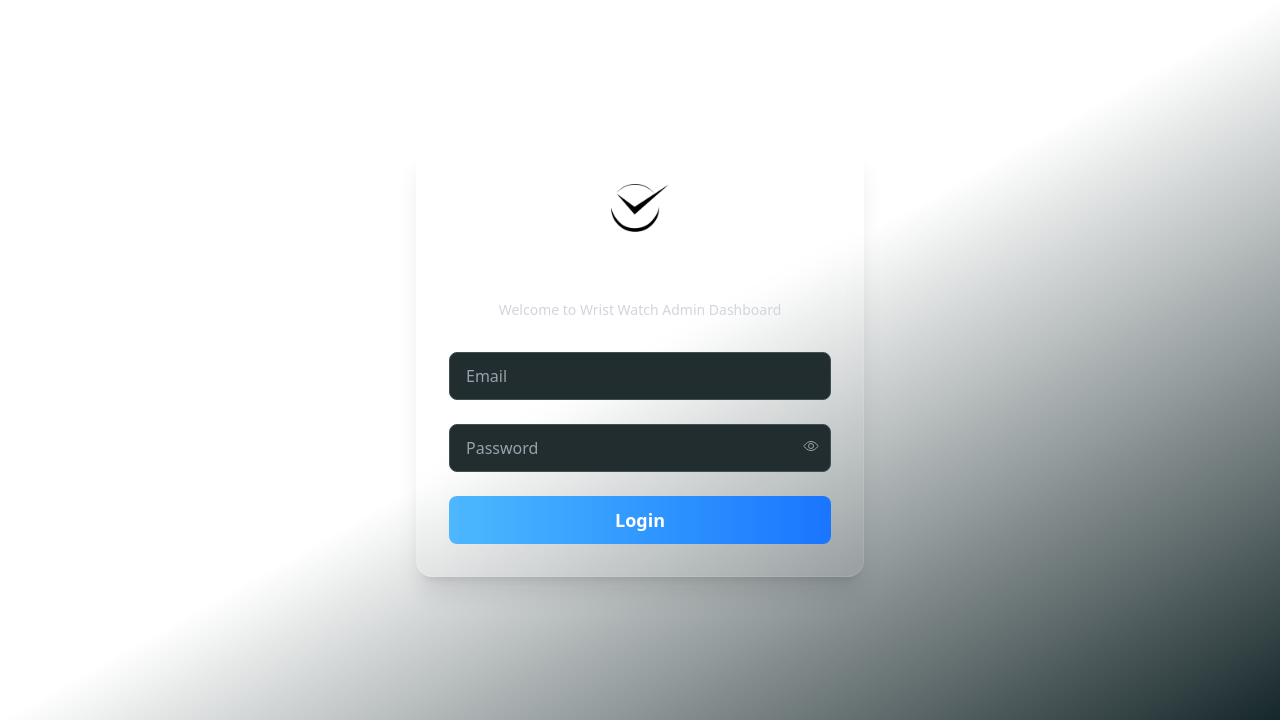
Repository: mansibhanushali/online_watch_ecommerce_mernstack_webapplication
Page: / (app in admin/)
The author's editor kept a copy of each file at every save. The page is drawn from the files as they stood at one save, then again after the next save.
The browser window is 1280 px wide. The pictures show the whole page.
The project was rebuilt for these pictures with package versions that can differ from the ones it lists, and the page was loaded fresh each time. Also part of the build but not shown: admin/vite.config.js, admin/src/component/Nav.jsx, admin/src/pages/Home.jsx, admin/src/component/Loading.jsx, admin/src/pages/Add.jsx, admin/src/pages/Lists.jsx, admin/src/pages/Orders.jsx.

Above is the page before, as saved 2025-08-16 17:15:15.

After the next save:
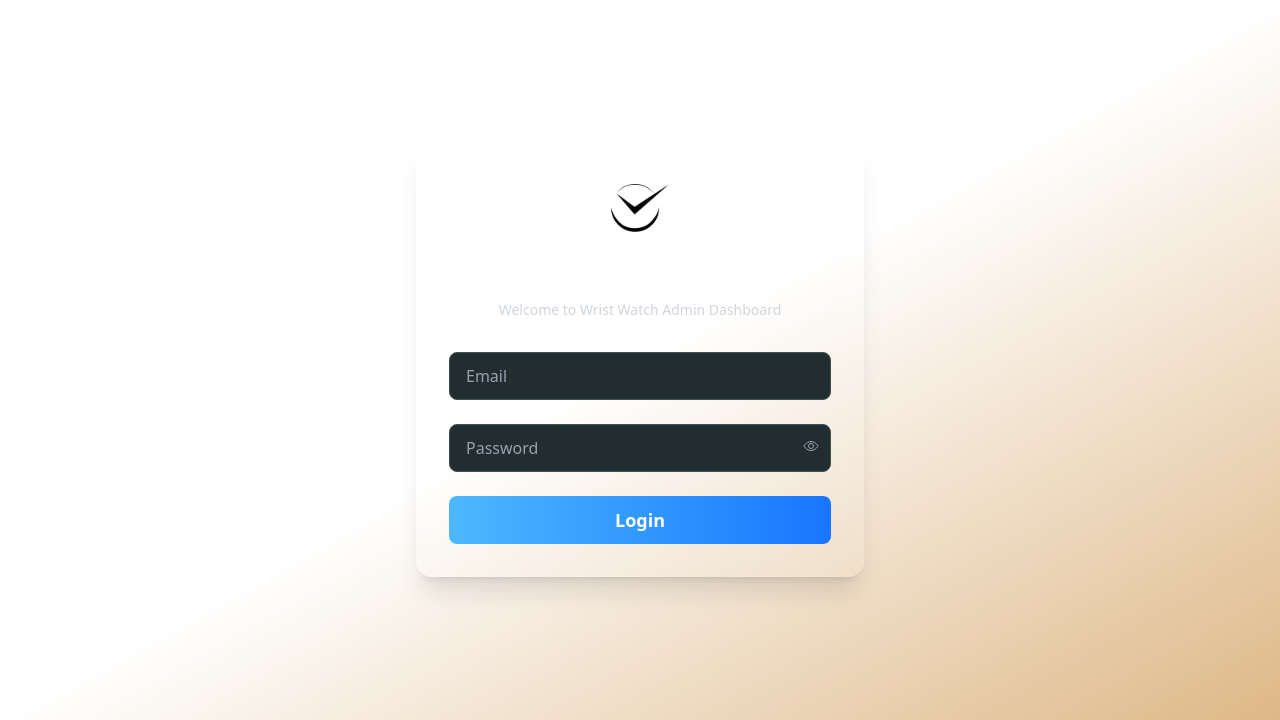
Saved 2 min 27 s later.
--- a/admin/src/pages/Login.jsx
+++ b/admin/src/pages/Login.jsx
@@ -45,7 +45,7 @@ const AdminLogin = async (e) => {
 
 
   return (
-    <div className="w-screen h-screen bg-gradient-to-br from-[burlwood] via-[#burlywood] to-[#162729] text-white flex items-center justify-center px-4">
+    <div className="w-screen h-screen bg-gradient-to-br from-[burlwood] via-[#burlywood] to-[burlywood] text-white flex items-center justify-center px-4">
       <div className="w-full max-w-md bg-white/5 backdrop-blur-md border border-white/10 rounded-2xl shadow-xl p-8 flex flex-col items-center">
 
         <div className="flex flex-col items-center mb-4">
